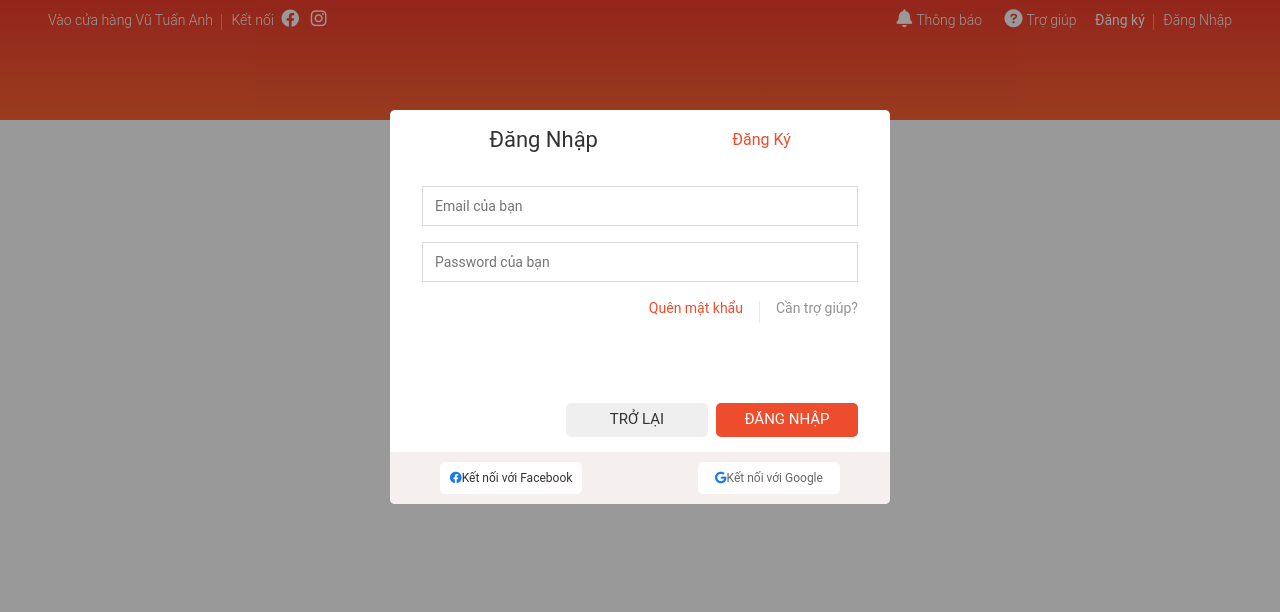
Repository: VuTuanAnh0949/Shopee
Page: index.html
The author's editor kept a copy of each file at every save. The page is drawn from the files as they stood at one save, then again after the next save.
The browser window is 1280 px wide. The pictures show the whole page.

Above is the page before, as saved 2022-02-16 16:04:43.

### index.html
<!DOCTYPE html>
<html lang="en">

<head>
    <meta charset="UTF-8" />
    <meta http-equiv="X-UA-Compatible" content="IE=edge" />
    <meta name="viewport" content="width=device-width, initial-scale=1.0" />
    <title>Shopee</title>
    <link rel="stylesheet" href="https://cdnjs.cloudflare.com/ajax/libs/normalize/8.0.1/normalize.min.css" />
    <link rel="stylesheet" href="./assets/css/base.css" />
    <link rel="stylesheet" href="./assets/css/main.css" />
    <link rel="stylesheet" href="./assets/fonts/fontawesome-free-6.0.0-web/css/all.min.css">
    <link rel="stylesheet" href="https://fonts.googleapis.com/css?family-Roboto:300, 400, 500,78
0&display=swap&subset=vietnamese" rel="stylesheet" />

</head>

<body>
    <!-- Block Element Modifier -->
    <div class="app">
        <header class="header">
            <div class="grid">
                <nav class="header__navbar">
                    <ul class="header__navbar-list">
                        <li class="header__navbar-item header__navbar-item--has-qr header__navbar-item--separate">Vào cửa hàng Vũ Tuấn Anh
                            <div class="header__qr">
                                <img src="./assets/img/QR_code.png" alt="QR Code" class="header__qr-img">
                                <div class="header__qr-apps">
                                    <a href="" class="header__qr-link"><img src="./assets/img/Google_Play.png" alt="Google Play" class="header__qr-dowload-img">
                                    </a>
                                    <img src="./assets/img/App_store.png" alt="App Store" class="header__qr-dowload-img">
                                </div>
                            </div>
                        </li>
                        <li class="header__navbar-item">
                            <span class="header__navbar-title--no-pointer">Kết nối</span>
                            <a href="" class="header__navbar-icon-link"><i class="header__navbar-icon fa-brands fa-facebook"></i></a>
                            <a href="" class="header__navbar-icon-link"><i class="header__navbar-icon fa-brands fa-instagram"></i></a>
                        </li>
                    </ul>

                    <ul class="header__navbar-list">
                        <li class="header__navbar-item header__navbar-item--has-notification">
                            <a href="" class="header__navbar-item-link"><i class="header__navbar-icon fa-solid fa-bell"></i>Thông báo</a>
                            <div class="header__notification">
                                <header class="header__notification-header">
                                    <h3>Thông báo mới nhận</h3>
                                </header>
                                <ul class="header__notification-list">
                                    <li class="header__notification-item header__notification-viewed">
                                        <a href="" class="header__notification-link">
                                            <img src="https://cf.shopee.vn/file/a2344384834f0903b232953bf8e1d283_tn" alt="" class="header__notification-img">
                                            <div class="header__notification-info">
                                                <span class="header__notification-name">Bàn Phím cơ chính hãng K400-Đen</span>
                                                <span class="header__notification-descriotion">Bàn phím cơ máy tính gaming K550 Pro full Led 7 chế độ hiệu ứng là mẫu bàn phím phù hợp cho văn phòng và game thủ</span>
                                            </div>
                                        </a>
                                    </li>
                                    <li class="header__notification-item">
                                        <a href="" class="header__notification-link">
                                            <img src="https://cf.shopee.vn/file/fbd0d6cd59ae0c260cbdd8d2bdccbe06_tn" alt="" class="header__notification-img">
                                            <div class="header__notification-info">
                                                <span class="header__notification-name">Bàn phím cơ chính hãng K400-Trắng xanh 1</span>
                                                <span class="header__notification-descriotion">Bàn phím cơ máy tính gaming K550 Pro full Led 7 chế độ hiệu ứng là mẫu bàn phím phù hợp cho văn phòng và game thủ</span>
                                            </div>
                                        </a>
                                    </li>
                                    <li class="header__notification-item ">
                                        <a href="" class="header__notification-link">
                                            <img src="https://cf.shopee.vn/file/26989c24e549299dcfb324055082c553" alt="" class="header__notification-img">
                                            <div class="header__notification-info">
                                                <span class="header__notification-name">Bàn phím cơ chính hãng K400-Trắng xanh 2</span>
                                                <span class="header__notification-descriotion">>Bàn phím cơ máy tính gaming K550 Pro full Led 7 chế độ hiệu ứng là mẫu bàn phím phù hợp cho văn phòng và game thủ</span>
                                            </div>
                                        </a>
                                    </li>
                                </ul>
                                <div class="footer header__notification-footer">
                                    <a href="" class="header__notification-footer-btn">Xem tất cả</a>


                                </div>
                            </div>
                        </li>
                        <li class="header__navbar-item">
                            <a href="" class="header__navbar-item-link"><i class="header__navbar-icon fa-solid fa-circle-question"></i>Trợ giúp</a>
                        </li>
                        <li class="header__navbar-item header__navbar-item--strong header__navbar-item--separate">Đăng ký</li>
                        <li class="header__navbar-item header__navbar-ite--strong"> Đăng Nhập</li>
                    </ul>
                </nav>
            </div>
        </header>
        <div class="container">

        </div>
        <footer class="footer">

        </footer>
    </div>
    <!-- Modal layout -->
    <div class="modal">
        <div class="modal__overlay"></div>

        <div class="modal__body">

            <!-- Register form -->
        <!--     <div class="auth-form">
                <div class="auth-form__container">
                    <div class="auth-form__container"></div>
                    <div class="auth-form__header">
                        <h3 class="auth-form__heading">Đăng ký</h3>
                        <span class="auth-form__switch-btn">Đăng nhập</span>
                    </div>
                    <div class="auth-form__form">
                        <div class="auth-form__group">
                            <input type="text" class="auth-form__input" placeholder="Email của bạn">
                        </div>
                        <div class="auth-form__group">
                            <input type="password" class="auth-form__input" placeholder="Password của bạn">
                        </div>
                        <div class="auth-form__group">
                            <input type="password" class="auth-form__input" placeholder="Nhập lại mật khẩu ">
                        </div>
                    </div>
                    <div class="auth-form__aside">
                        <p class="auth-form__policy-text">
                            Bằng việc đăng kí, bạn đã đồng ý với VTA-Shop về
                            <a href="" class="auth-form__text-link">Điều khoản dịch vụ</a> &
                            <a href="" class="auth-form__text-link">Chính sách bảo mật</a>
                        </p>
                    </div>
                    <div class="auth-form__controls">
                        <button class="btn btn--normal auth-form__controls-back ">TRỞ LẠI</button>
                        <button class="btn btn--primary">ĐĂNG KÝ</button>
                    </div>
                </div>
                <div class="auth-form__socials--facebook">
                    <a href="" class="btn btn--size-s btn--with-icon">
                        <i class="auth-form__socials-icon fa-brands fa-facebook"></i>
                        <span class="auth-form__socials-title">
                            Kết nối với Facebook
                        </span>
                    </a>

                    <a href="" class="auth-form__socials--google btn btn--size-s btn--with-icon">
                        <i class="auth-form__socials-icon fa-brands fa-google"></i>
                        <span class="auth-form__socials-title">
                            Kết nối với Google
                        </span>
                    </a>
                </div>
            </div> -->
<!-- Login form -->
<div class="auth-form">
    <div class="auth-form__container">
        <div class="auth-form__container"></div>
        <div class="auth-form__header">
            <h3 class="auth-form__heading">Đăng Nhập</h3>
            <span class="auth-form__switch-btn">Đăng Ký</span>
        </div>
        <div class="auth-form__form">
            <div class="auth-form__group">
                <input type="text" class="auth-form__input" placeholder="Email của bạn">
            </div>
            <div class="auth-form__group">
                <input type="password" class="auth-form__input" placeholder="Password của bạn">
            </div>

        </div>
        <div class="auth-form__aside">
           <div class="auth-form__help">
               <a href="" class="auth-form__help-link auth-form__help-forgot">Quên mật khẩu</a>
               <span class="auth-form__help-separate">

               </span>
               <a href="" class="auth-form__help-link">Cần trợ giúp? </a>
           </div>
        </div>
        <div class="auth-form__controls">
            <button class="btn btn--normal auth-form__controls-back ">TRỞ LẠI</button>
            <button class="btn btn--primary">ĐĂNG NHẬP</button>
        </div>
    </div>
    <div class="auth-form__socials--facebook">
        <a href="" class="btn btn--size-s btn--with-icon">
            <i class="auth-form__socials-icon fa-brands fa-facebook"></i>
            <span class="auth-form__socials-title">
                Kết nối với Facebook
            </span>
        </a>

        <a href="" class="auth-form__socials--google btn btn--size-s btn--with-icon">
            <i class="auth-form__socials-icon fa-brands fa-google"></i>
            <span class="auth-form__socials-title">
                Kết nối với Google
            </span>
        </a>
    </div>
</div>
        </div>
    </div>
</body>

</html>

### assets/css/base.css
:root {
  --primary-color:#EE4D2D;
  --white-color: #fff;
  --black-color: #000;
  --text-color: #333;
  --border-color:#dbdbdb;
}
* {
  box-sizing: inherit;
}
html {
  font-size: 62.5%;
  line-height: 1.6rem;
  font-family: "Roboto", sans-serif;
  box-sizing: border-box;
}
.grid {
  width: 1200px;
  max-width: 100%;
  margin: 0 auto;
}
.grid__full-width {
  width: 100%;
}
.grid__row {
  display: flex;
  flex-wrap: wrap;
}
/* Animation */
@keyframes fadeIn{
  from{
    opacity: 0;
  }to{
    opacity: 1;
  }
}
/* Modal */
.modal{
  position: fixed;
  top: 0;
  right: 0;
  bottom: 0;
  left: 0;
  display: flex;
}
.modal__overlay{
  position: absolute;
  width: 100%;
  height: 100%;
  background-color: rgba(0,0,0,0.4);
}
.modal__body{
  width: 500px;
  height: 500px;
  margin: auto;
  position: relative;
  z-index: 1;  /* để cho modal nổi lên */
}
/* Button style */
.btn{
  min-width: 142px;
  height: 34px;
  text-decoration: none;
  border:none ;
  border-radius: 5px;
  font-size: 1.5rem;
  padding:0 12px;
  outline: none;
  cursor: pointer;
  color: var(--text-color);
  align-items: center;
 justify-content: center;
}
.btn.btn--normal:hover{
  background-color: rgba(0,0,0,0.05);
}
.btn.btn--size-s{
  height: 32px;
  font-size: 12px;
  padding:0 8px;
}
/* .. dùng để css 1 element có 2 class */
.btn.btn--primary{
  color: var(--white-color);
  background-color: var(--primary-color);
  }
.btn.btn-disabled{
  color: #949494;
  cursor: default;
  background-color: #c3c3c3;
}

### assets/css/main.css
.header{
height: 120px;
background-image:linear-gradient(0, #fe6433, #f53e2d) ;
}
.header__navbar{
  display: flex;
  justify-content: space-between;
}
.header__navbar-list{
list-style: none;
padding-left: 0;
margin-top: 9px;
}
.header__navbar-item{
  margin: 0 8px;
  position: relative;
  min-height: 26px;
}
.header__navbar-item--has-qr:hover .header__qr{
  display: block;
}
.header__navbar-item--has-notification:hover .header__notification{
  display: block;
}
.header__navbar-item,
.header__navbar-item-link{
  display:inline-block;
  font-size: 1.4rem;
  color:var(--white-color);
  text-decoration: none;
  font-weight: 300;
}
.header__navbar-item,
.header__navbar-item-link,
.header__navbar-icon-link{
/*   display: flex; */
  align-items: center;
}
.header__qr::before{
  position: absolute;
  left: 0;
  top: -16px;
  width: 100%;
  height: 20px;
  content: "";
  display: block;

}
.header__navbar-item:hover,
.header__navbar-icon-link:hover,
.header__navbar-item-link:hover{
  cursor: pointer;
  color: rgba(255,255,255,0.7);
}
.header__navbar-item--strong{
  font-weight: 400;
}
.header__navbar-item--separate::after{
  content: "";
  display: block;
  position: absolute;
border-left: 1px solid #FB9086;
height: 16px;
right: -9px;
top: 37%;
transform: translateY(-50%);
}
.header__navbar-icon-link{
  color: var(--white-color);
  text-decoration: none;
}
.header__navbar-icon{
  font-size: 1.8rem;
  margin: 0 4px;
}
.header__navbar-title--no-pointer{
  cursor: text;
  color: var(--white-color);
  text-decoration: none;
}
/* Header QR code */
.header__qr{
  width: 180px;
background-color: var(--white-color);
position: absolute;
left: 0;
top: 100%;
padding: 8px;
border-radius: 5px;
display: none;
animation: fadeIn ease-in 0.3s;
}
.header__qr-img{
width: 100%;
}
.header__qr-apps{
display: flex;
justify-content: space-between;
}
.header__qr-link:nth-child(1){
  margin-left: 11px;
}
.header__qr-link:nth-child(2){
  margin-right: 15px;
}
.header__qr-dowload-img{
  height: 16px;
}
/* header__notification */
.header__notification{
position: absolute ;
top: 27px;
right: 0;
width: 404px;
background-color: var(--white-color);
border-radius: 5px;
border: 1px solid #D3D3D3;
cursor: default;
transform-origin:90% top;
animation:  headerNotificationGrowth ease-in 0.2s;
will-change: opacity, transform;
display: none;
}
.header__notification::before{
content: "";
border-width:20px 30px ;
border-style: solid;
/* Tạo một lớp giá */
border-color:transparent transparent var(--white-color) transparent;
position: absolute;
right: 6px;
top: -30px;
}
/* Giúp di chuột vào quả chuông cạnh nút thông báo không bị mất list thông báo */
.header__notification::after{
  content: "";
  display: block;
  position: absolute;
  height: 20px;
  width: 90px;
  top: -16px;
  right: 0;
 }
@keyframes headerNotificationGrowth{
  from{
    opacity: 0;
    transform: scale(0);
  }to{
    opacity: 1;
    transform: scale(1);
  }
}
.header__notification-header{
  height: 40px;
  background-color: var(--white-color);
  border-radius: 5px;
}
.header__notification-header h3{
  color: #999;
  margin: 0 0 0 12px;
  width: 400;
  font-size: 1.4rem;
  line-height: 40px;
  user-select: none;  /* không cho coppy */
}
.header__notification-list{
padding-left: 0;
}
.header__notification-item{
display: flex;

}
.header__notification-item:hover{
  background-color: #f7f7f7
}
.header__notification-viewed{
  background-color: rgba(238,75,43,0.08);

}
.header__notification-link{
  display: flex;
  width: 100%;
  padding: 12px;
  text-decoration: none;
}
.header__notification-img{
width: 48px;
object-fit: contain;
}
.header__notification-info{
margin-left: 12px;
}
.header__notification-name{
display: block;
font-size: 1.4rem;
color: var(--text-color);
font-weight: 400px;
line-height: 1.8rem;
}
.header__notification-descriotion{
display: block;
font-size: 1.2rem;
line-height: 1.6rem;
color: #765F6E;
margin-top: 4px;
}
.header__notification-footer{
 display: flex;
}
.header__notification-footer-btn{
  text-decoration: none;
  color:var(--text-color);
  width: 100%;
  padding: 8px 0;
  margin: auto;
  font-size: 1.4rem;
  font-weight: 400;
  text-align: center;
}
/* Authen modal */
.auth-form{
  width: 500px;
    background-color: var(--white-color);
  border-radius: 5px;
  overflow: hidden;
}
.auth-form__container{
  padding: 0 32px;
}
.auth-form__header{
  display: flex;
  align-items: center;
  justify-content: space-around;
}
.auth-form__heading{
  font-size: 2.2rem;
  font-weight:400;
  color: var(--text-color);
}
.auth-form__switch-btn{
  font-size: 1.6rem;
  font-weight:400;
  color: var(--primary-color);
  cursor: pointer;
}
.auth-form__form{
}
.auth-form__input{
  width: 100%;
  height: 40px;
  margin-top: 16px;
  padding: 0 12px;
  font-size: 1.4rem;
  border: 1px solid var(--border-color);
  outline: none;
}
/*Dí chuột vào ô input => ô input nháy chuột  */
.auth-form__input:focus{
border-color: #777;
}
.auth-form__aside{
  margin-top: 18px;
}
.auth-form__policy-text{
  font-size: 1.2rem;
  line-height: 1.8rem;
  text-align: center;
  padding: 0 3px;
}
.auth-form__text-link{
  color: var(--primary-color);
  text-decoration: none;
}
.auth-form__controls{
  margin-top: 80px;
  display: flex;
  justify-content: flex-end;
}
.auth-form__controls-back{
  margin-right: 8px;
}
.auth-form__socials{
 background-color: #F5F5F5;
 padding: 16px 36px;
 display: flex;
 justify-content: space-between;
 margin-top: 20px;
}
.auth-form__socials--facebook{
  color: var(--white-color);
  background-color:#f5efef  ;
  display: flex;
  justify-content: space-between;
  margin-top: 15px;

}
/* .auth-form__socials--facebook, */
.auth-form__socials-icon{
color: #1877f2;
}
.auth-form__socials-title{
  margin-top: 0 36px;

}
.auth-form__socials--google{
  color: #666;
  background-color: var(--white-color);
}
.btn--with-icon{
  display: flex;
}
.btn.btn--size-s {
  background-color: white;
margin:10px 50px;
}
.auth-form__help{
  display: flex;
justify-content: flex-end;
}
.auth-form__help-link{
  text-decoration: none;
  font-size: 1.4rem;
  color: #939393;
}
.auth-form__help-separate{
  display: flex;
  height: 22px;
  margin: 1px 16px 0;
  border-left: 1px solid #EAEAEA;
}
.auth-form__help-forgot{
  color: var(--primary-color);
}

Loaded but not shown: assets/fonts/fontawesome-free-6.0.0-web/css/all.min.css (library)

After the next save:
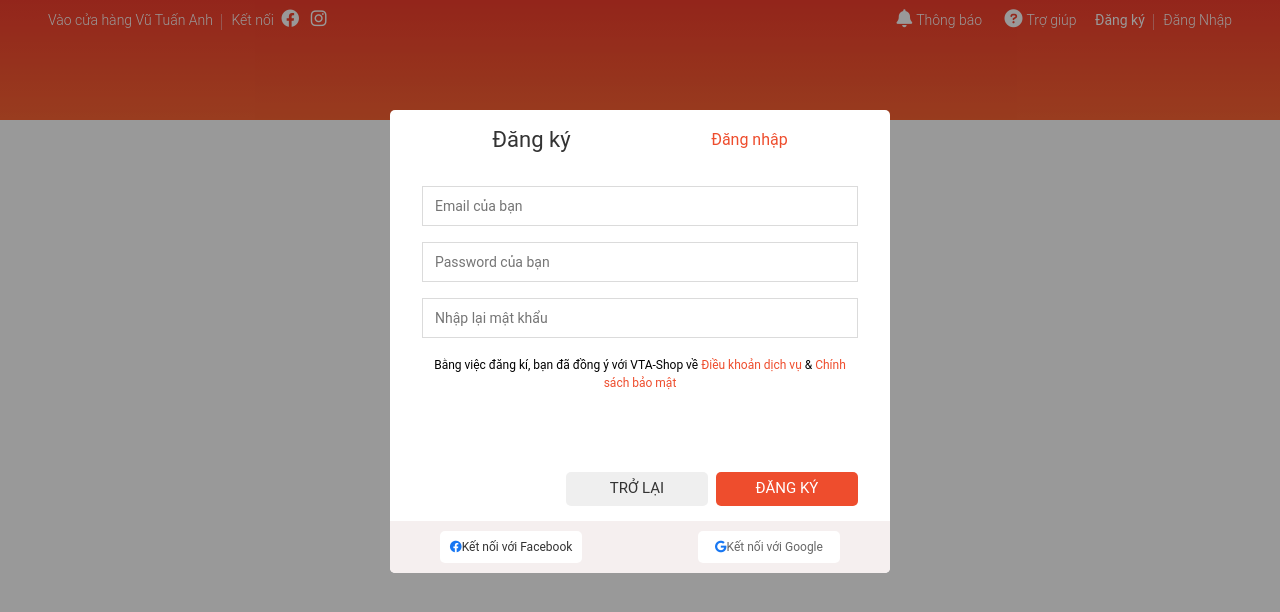
Saved 9 min 10 s later.
--- a/index.html
+++ b/index.html
@@ -105,7 +105,7 @@
         <div class="modal__body">
 
             <!-- Register form -->
-        <!--     <div class="auth-form">
+            <div class="auth-form">
                 <div class="auth-form__container">
                     <div class="auth-form__container"></div>
                     <div class="auth-form__header">
@@ -150,9 +150,9 @@
                         </span>
                     </a>
                 </div>
-            </div> -->
+            </div>
 <!-- Login form -->
-<div class="auth-form">
+<!-- <div class="auth-form">
     <div class="auth-form__container">
         <div class="auth-form__container"></div>
         <div class="auth-form__header">
@@ -197,7 +197,7 @@
             </span>
         </a>
     </div>
-</div>
+</div> -->
         </div>
     </div>
 </body>
